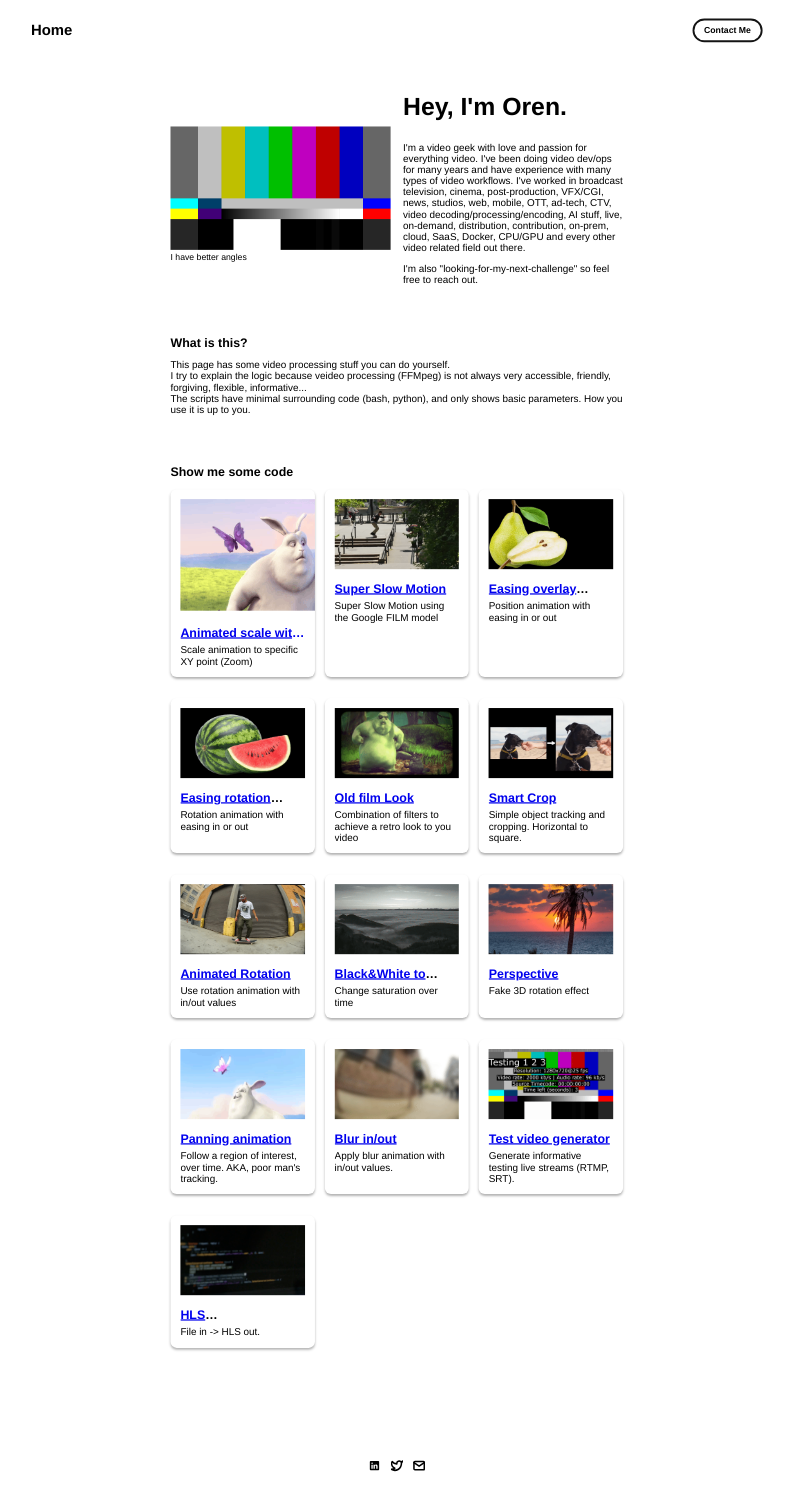
Repository: OrenShalmy/orenshalmy.github.io
Page: index.html
An editor plug-in stored every save of this project. The page is shown before and after the next save, followed by the edit.
The browser window is 1280 px wide. The pictures show the whole page, at 62% of full size.

Above is the page before, as saved 2024-09-16 16:08:32.

After the next save:
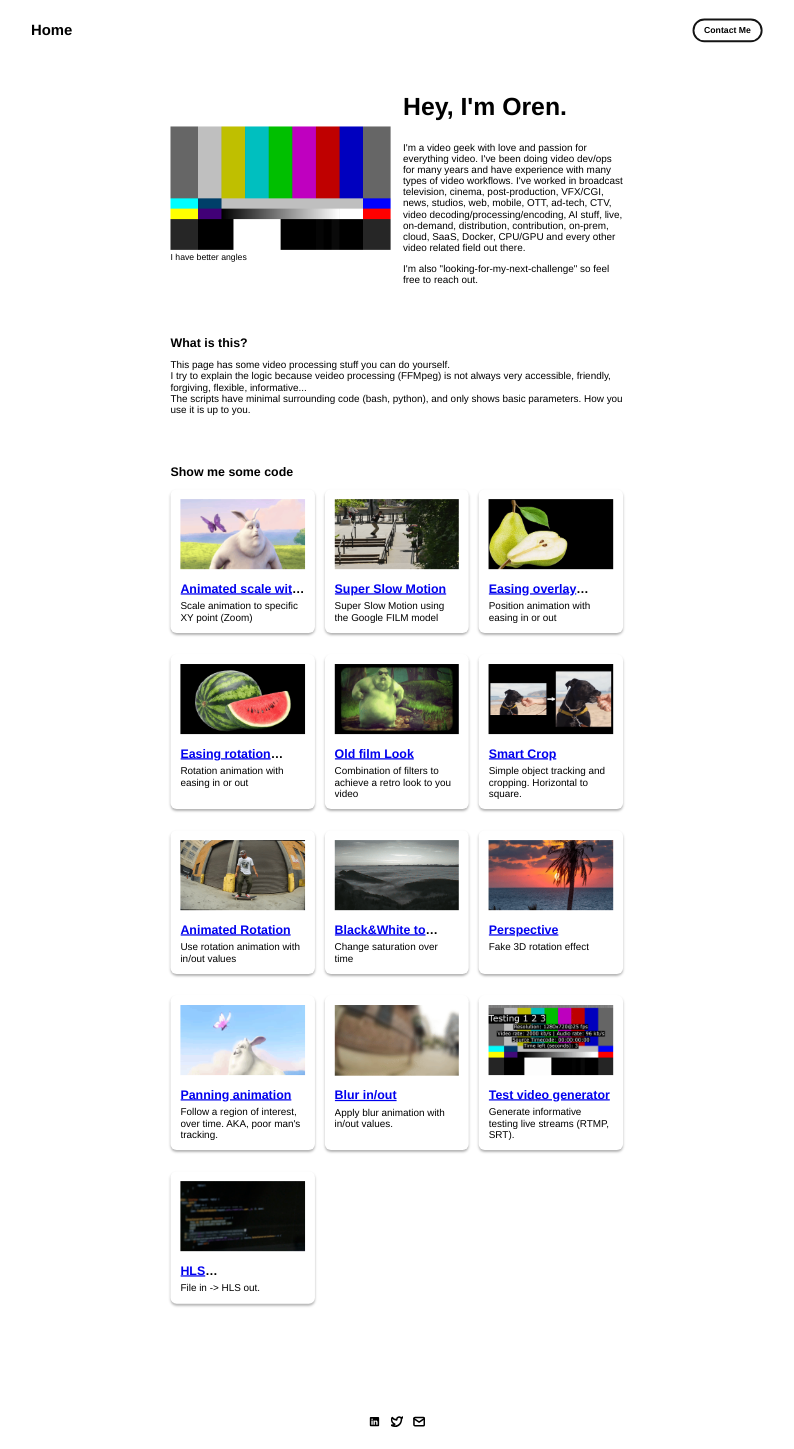
Saved 91 s later.
--- a/index.html
+++ b/index.html
@@ -64,23 +64,12 @@
 
         <div class="projects-container">
 
-          <!-- <div class="project-card">
+          <div class="project-card">
             <img src="assets/media/anim-scale.gif">
             <div class="project-card-text-container">
               <div class="subheader-text project-title"><a href="project-pages/animscale.html">Animated scale with zooming</a></div>
               <div class="body-text project-card-text">Scale animation to specific XY point (Zoom)</div>
             </div>
-          </div> -->
-
-          <div class="project-card">
-            <a href="project-pages/animscale.html">
-              <img src="assets/media/anim-scale.gif">
-            <div class="project-card-text-container">
-              <div class="subheader-text project-title">Animated scale with zooming</div>
-            </a>
-              <div class="body-text project-card-text">Scale animation to specific XY point (Zoom)</div>
-            </div>
-
           </div>
 
           <div class="project-card">
